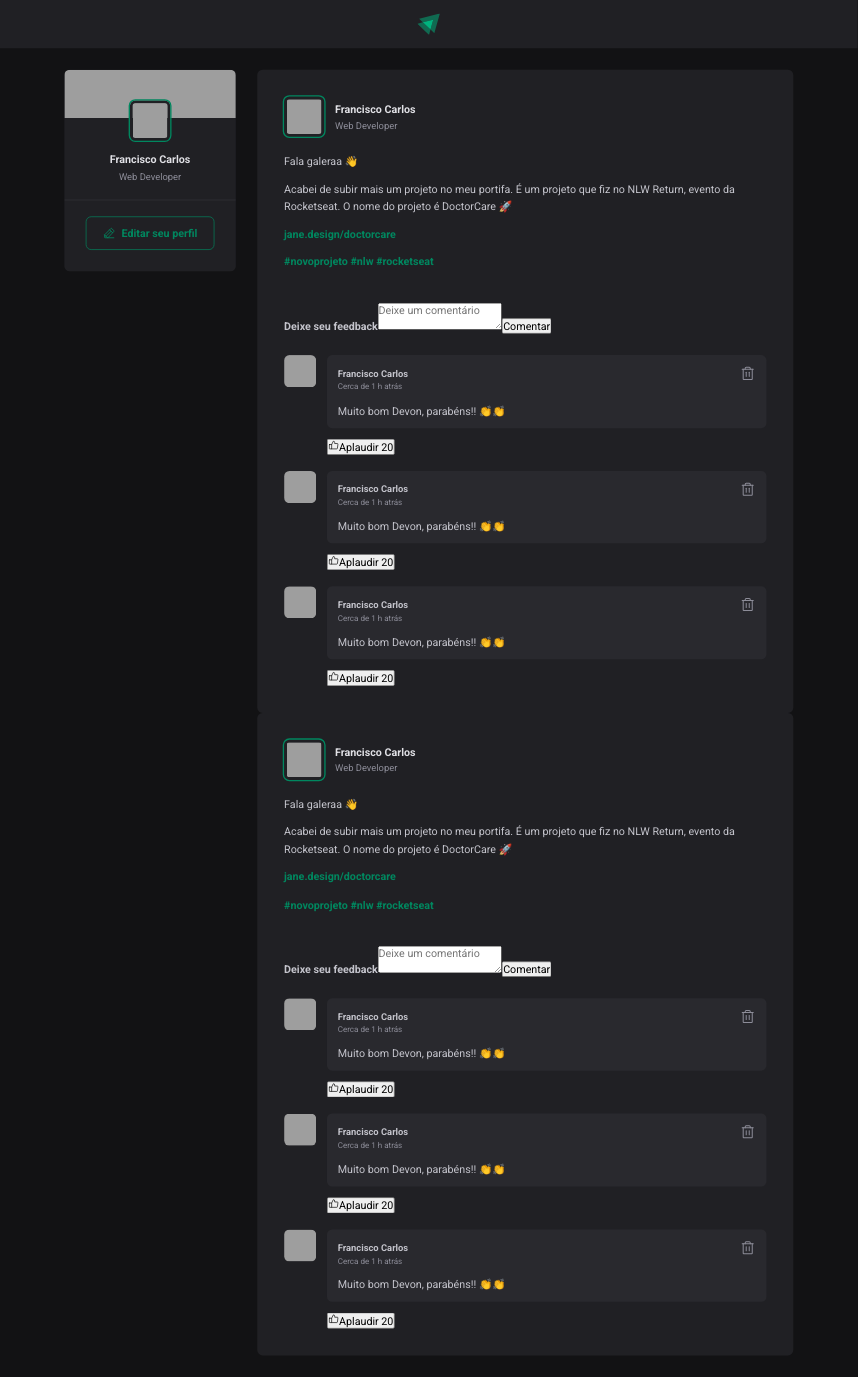
Repository: ch1coon/AulasRocketseat
Page: / (app in Ignite/aulas/01-fundamentos-reactjs/)
These files come from the project's save history. The page is drawn as it stood at one moment and after the next save; the edit follows.
The browser window is 1280 px wide. The pictures show the whole page, at 67% of full size.
Pictures or frames that could not be fetched are drawn as grey boxes. The project was rebuilt for these pictures with package versions that can differ from the ones it lists, and the page was loaded fresh each time. Also part of the build but not shown: Ignite/aulas/01-fundamentos-reactjs/vite.config.js.

Above is the page before, as saved 2023-08-12 08:45:03.

### Ignite/aulas/01-fundamentos-reactjs/index.html
<!DOCTYPE html>
<html lang="en">
  <head>
    <meta charset="UTF-8" />
    <link rel="preconnect" href="https://fonts.googleapis.com" />
    <link rel="preconnect" href="https://fonts.gstatic.com" crossorigin />

    <link rel="icon" type="image/svg+xml" href="/vite.svg" />
    <meta name="viewport" content="width=device-width, initial-scale=1.0" />

    <link
      href="https://fonts.googleapis.com/css2?family=Roboto:wght@400;700&display=swap"
      rel="stylesheet"
    />
    <title>Vite + React</title>
  </head>
  <body>
    <div id="root"></div>
    <script type="module" src="/src/main.jsx"></script>
  </body>
</html>

### Ignite/aulas/01-fundamentos-reactjs/src/App.jsx
import { Post } from "./components/Post";
import { Header } from "./components/Header";
import { Sidebar } from "./components/Sidebar";

import styles from "./App.module.css";

import "./global.css";

export function App() {
  return (
    <div>
      <Header />

      <div className={styles.wrapper}>
        <Sidebar/>
        <main>
          <Post
            author="Diego Fernandes"
            content="Lorem ipsum dolor sit amet consectetur adipisicing elit. Rerum dolorem fuga odio voluptas voluptate rem dolores earum culpa, voluptatibus id nisi, qui, quae tempore quas facilis numquam blanditiis modi autem."
          />
          <Post
            author="Gabriel Guzzi"
            content="Lorem ipsum dolor sit amet consectetur adipisicing elit. Rerum dolorem fuga odio voluptas voluptate rem dolores earum culpa, voluptatibus id nisi, qui, quae tempore quas facilis numquam blanditiis modi autem."
          />
        </main>
      </div>
    </div>
  );
}

### Ignite/aulas/01-fundamentos-reactjs/src/components/Post.jsx
import { Comment } from "./Comment";
import styles from "./Post.module.css";

export function Post() {
  return (
    <article className={styles.post}>
      <header>
        <div className={styles.author}>
          <img className={styles.avatar} src="https://github.com/ch1coon.png" />
          <div className={styles.authorInfo}>
            <strong>Francisco Carlos</strong>
            <span>Web Developer</span>
          </div>
        </div>

        <time title="11 de Maio às 08:51" dateTime="2023-07-26 08:49:38"></time>
      </header>

      <div className={styles.content}>
        <p>Fala galeraa 👋</p>

        <p>
          Acabei de subir mais um projeto no meu portifa. É um projeto que fiz
          no NLW Return, evento da Rocketseat. O nome do projeto é DoctorCare 🚀
        </p>

        <p>
          <a href="">jane.design/doctorcare</a>
        </p>

        <p>
          <a href="">#novoprojeto</a> <a href="">#nlw</a>{" "}
          <a href="">#rocketseat</a>{" "}
        </p>
      </div>

      <form className={styles.commentForm}>
        <strong>Deixe seu feedback</strong>
        <textarea placeholder="Deixe um comentário" />

        <button type="submit">Comentar</button>
      </form>

      <div className={styles.commentList}>
        <Comment />
        <Comment />
        <Comment />
      </div>
    </article>
  );
}

### Ignite/aulas/01-fundamentos-reactjs/src/components/Header.jsx
import styles from "./Header.module.css";

import igniteLogo from '../assets/Ignite-logo.svg';

export function Header() {
  return (
    <header className={styles.header}>
      <img src={igniteLogo} alt="Logotipo do Ignite" />
    </header>
  );
}

### Ignite/aulas/01-fundamentos-reactjs/src/components/Sidebar.jsx
import { PencilLine } from "phosphor-react";

import styles from "./Sidebar.module.css";

export function Sidebar() {
  return (
    <aside className={styles.sidebar}>
      <img
        className={styles.cover}
        src="https://images.unsplash.com/photo-1571757767119-68b8dbed8c97?ixlib=rb-4.0.3&ixid=M3wxMjA3fDB8MHxwaG90by1wYWdlfHx8fGVufDB8fHx8fA%3D%3D&auto=format&fit=crop&w=500&q=50"
      />
      <div className={styles.profile}>
        <img className={styles.avatar} src="https://github.com/ch1coon.png" />
        <strong> Francisco Carlos</strong>
        <span>Web Developer</span>
      </div>

      <footer>
        <a href="#">
          <PencilLine size={20}/>
          Editar seu perfil
        </a>
      </footer>
    </aside>
  );
}

### Ignite/aulas/01-fundamentos-reactjs/src/App.module.css
.wrapper {
    max-width: 70rem;
    margin: 2rem auto;
    padding: 0 1rem;

    display: grid;
    grid-template-columns: 256px 1fr;
    gap: 2rem;
    align-items: flex-start;

}

### Ignite/aulas/01-fundamentos-reactjs/src/global.css
:root {
  --white: #fff;
  --gray-100: #e1e1e6;
  --gray-300: #c4c4cc;
  --gray-400: #8d8d99;
  --gray-600: #323238;
  --gray-700: #29292e;
  --gray-800: #202024;
  --gray-900: #121214;

  --green-300: #00837e;
  --green-500: #00875f;

  --red-500: #f75a68;
}

* {
  margin: 0;
  padding: 0;
  box-sizing: border-box;
}

body {
  background: var(--gray-900);
  color: var(--gray-300);
  -webkit-font-smoothing: antialiased;
}

body,
input,
textarea,
button {
  font-family: "Roboto", sans-serif;
  font-weight: 400;
  font-size: 1rem;
}

### Ignite/aulas/01-fundamentos-reactjs/src/components/Comment.jsx
import styles from "./Comment.module.css";
import { ThumbsUp, Trash } from "phosphor-react";

export function Comment() {
  return (
    <div className={styles.comment}>
      <img src="https://github.com/ch1coon.png" />

      <div className={styles.commentBox}>
        <div className={styles.commentContent}>
          <header>
            <div className={styles.authorAndTime}>
              <strong>Francisco Carlos</strong>
              <time title="11 de Maio às 08:51" dateTime="2023-07-26 08:49:38">
                Cerca de 1 h atrás
              </time>
            </div>
            <button title="Deletar comentário">
              <Trash size={24} />
            </button>
          </header>

          <p>Muito bom Devon, parabéns!! 👏👏</p>
        </div>
        <footer>
          <button>
            <ThumbsUp />
            Aplaudir <span>20</span>
          </button>
        </footer>
      </div>
    </div>
  );
}

### Ignite/aulas/01-fundamentos-reactjs/src/components/Post.module.css
.post {
  background: var(--gray-800);
  border-radius: 8px;
  padding: 2.5rem;
}

.post + post {
  margin-top: 2rem;
}

.content {
  line-height: 1.6;
  color: var(--gray-300);
  margin-top: 1.5rem;
}

.content p {
  margin-top: 1rem;
}

.content a {
  font-weight: bold;
  color: var(--green-500);
  text-decoration: none;
}

.content a:hover {
  color: var(--green-300);
}

.post > header {
  display: flex;
  align-items: center;
  justify-content: space-between;
}

.post > header time {
  font-size: 0.875rem;
  color: var(--gray-400);
}

.author {
  display: flex;
  align-items: center;
  gap: 1rem;
}

.author img {
  width: calc(3rem + 12px);
  height: calc(3rem + 12px);
  border-radius: 8px;
  border: 4px solid var(--gray-800);
  outline: 2px solid var(--green-500);
}

.authorInfo strong {
  display: block;
  color: var(--gray-100);
  line-height: 1.6;
}

.authorInfo span {
  display: block;
  font-size: 0.875rem;
  color: var(--gray-400);
  line-height: 1.6;
}

.commentForm {
  width: 100%;
  margin-top: 1.5rem;
  padding-top: 1.5rem;
  border-top: 1.5rem;
}

.commentList {
  margin-top: 2rem;
}

### Ignite/aulas/01-fundamentos-reactjs/src/components/Header.module.css
.header {
  background: var(--gray-800);
  display: flex;
  justify-content: center;
  padding: 1.25rem 0 ;
}

.header img {
    height: 2rem;
}

### Ignite/aulas/01-fundamentos-reactjs/src/components/Sidebar.module.css
.sidebar {
  background: var(--gray-800);
  border-radius: 8px;
  overflow: hidden;
}

.cover {
  width: 100%;
  height: 72px;
  object-fit: cover;
}

.profile {
  display: flex;
  flex-direction: column;
  align-items: center;

  margin-top: calc(0px - 1.5rem - 6px);
}

.avatar {
    width: calc(3rem + 12px);
    height: calc(3rem + 12px);
    border-radius: 8px;
    border: 4px solid var(--gray-800);
    outline: 2px solid var(--green-500);
}

.profile strong {
    margin-top: 1rem;
    color: var(--gray-100);
    line-height: 1.6;
}

.profile span {
    font-size: 0.875rem;
    color: var(--gray-400);
    line-height: 1.6;
}

.sidebar footer {
  border-top: 1px solid var(--gray-600);
  margin-top: 1.5rem;
  padding: 1.5rem 2rem 2rem;
}

.sidebar footer a {
  background: transparent;
  color: var(--green-500);
  border: 1px solid var(--green-500);
  border-radius: 8px;
  height: 50px;
  padding: 0 1.5rem;
  font-weight: bold;
  display: block;
  text-decoration: none;
  display: flex;
  align-items: center;
  justify-content: center;

  gap: 0.5rem;

  transition: color 0.1s, background-color 0.1s;
}

.sidebar footer a:Hover {
    background: var(--green-500);
    color: var(--white);
}

### Ignite/aulas/01-fundamentos-reactjs/src/components/Comment.module.css
.comment {
  margin-top: 1.5rem;
  display: flex;
  gap: 1rem;
}

.comment > img {
  width: 3rem;
  height: 3rem;
  border-radius: 8px;
}

.commentBox {
  flex: 1;
}

.commentContent {
  background: var(--gray-700);
  border-radius: 8px;
  padding: 1rem;
}

.commentContent header {
  display: flex;
  align-items: flex-start;
  justify-content: space-between;
}

.authorAndTime strong {
  display: block;
  font-size: 0.875rem;
  line-height: 1.6;
}

.authorAndTime time {
  display: block;
  font-size: 0.75rem;
  line-height: 1.6;
  color: var(--gray-400);
}

.commentContent header button {
  background: transparent;
  border: 0;
  color: var(--gray-400);
  cursor: pointer;
  line-height: 0;
  border-radius: 2px;
}

.commentContent header button:hover {
  color: var(--red-500);
}

.commentContent p {
  margin-top: 1rem;
  color: var(--gray-300);
}

.commentBox footer {
  margin-top: 1rem;
}

Loaded but not shown: Ignite/aulas/01-fundamentos-reactjs/src/main.jsx (common file)

After the next save:
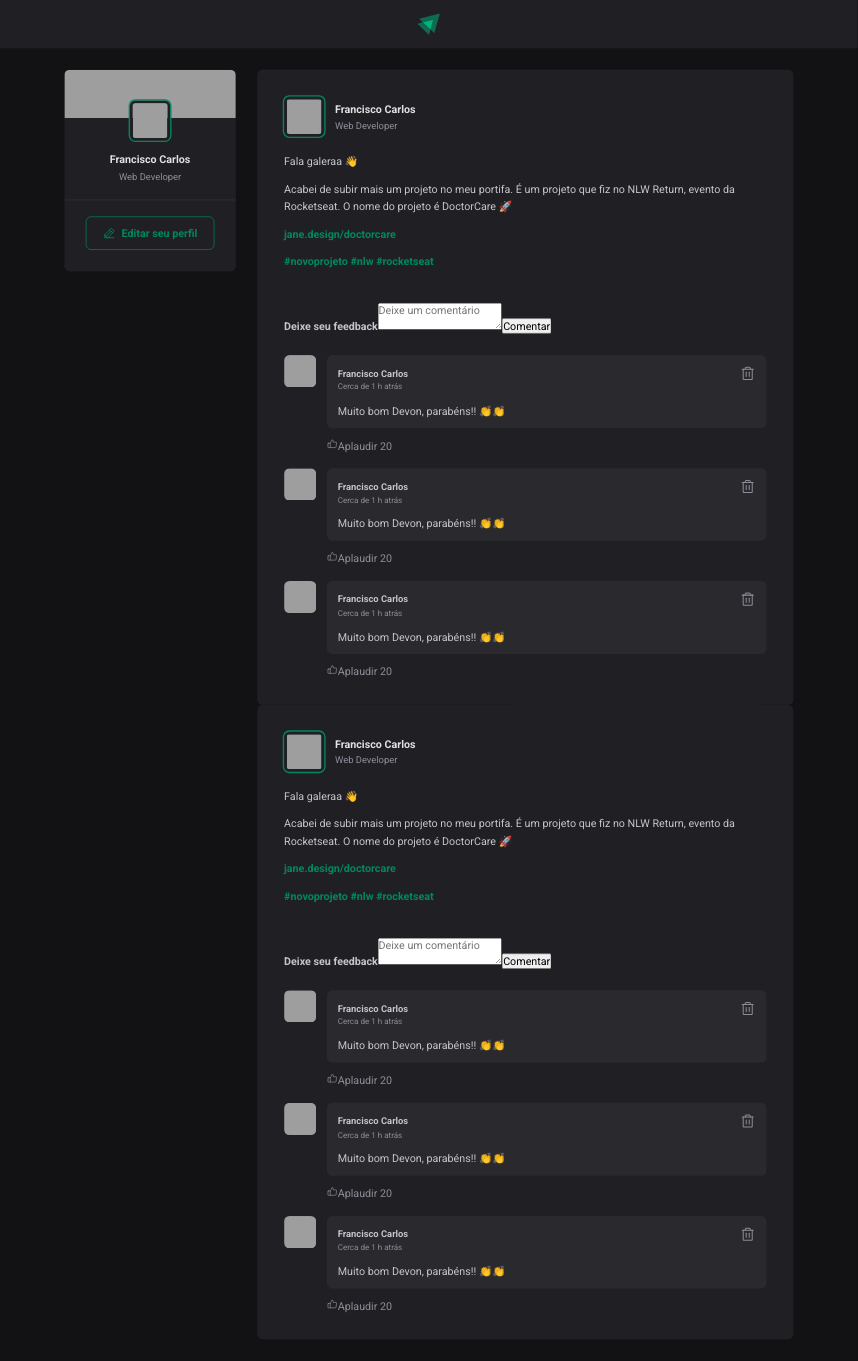
Saved 51 s later.
--- a/Ignite/aulas/01-fundamentos-reactjs/src/components/Comment.module.css
+++ b/Ignite/aulas/01-fundamentos-reactjs/src/components/Comment.module.css
@@ -60,3 +60,9 @@
 .commentBox footer {
   margin-top: 1rem;
 }
+
+.commentBox footer button {
+  background: transparent;
+  border: 0;
+  color: var(--gray-400);
+}
